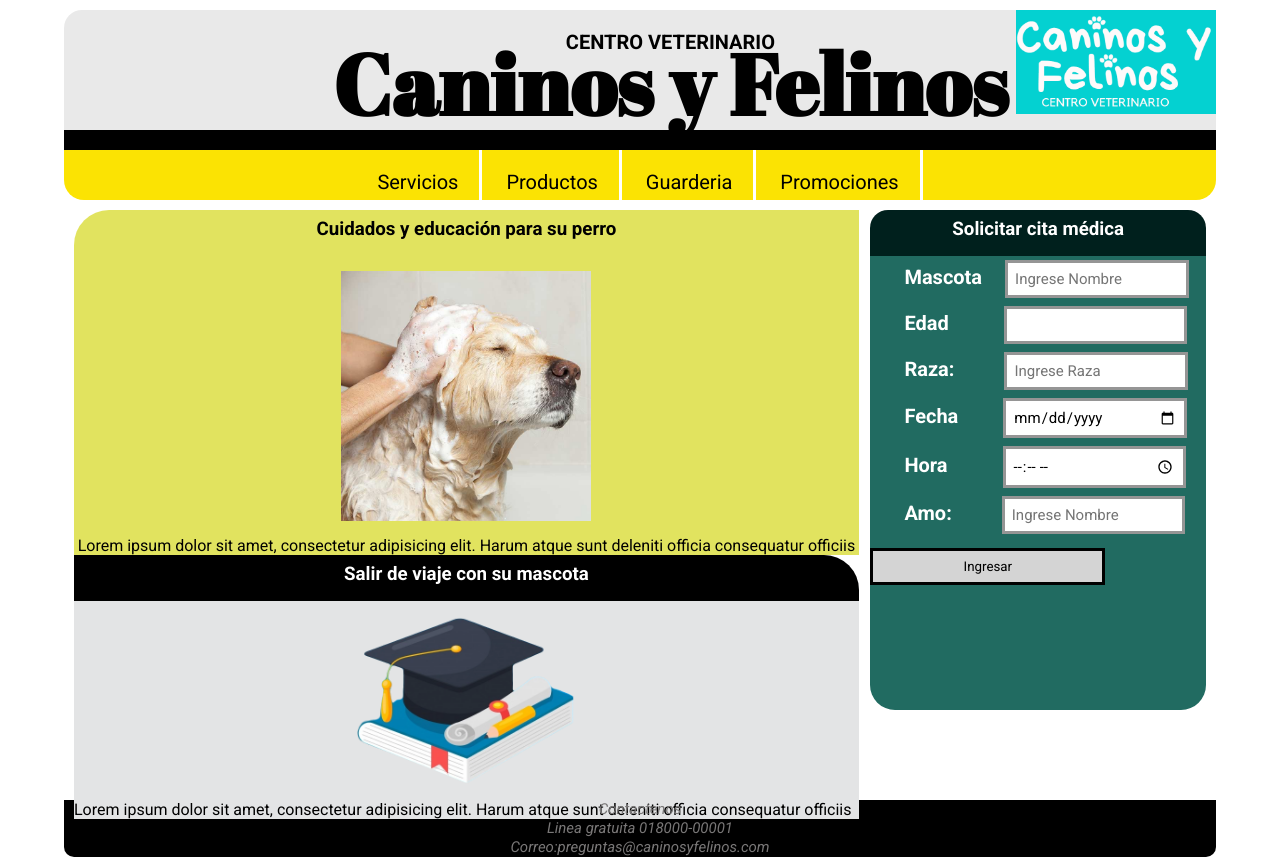
Repository: NickArregoces/Veterinaria
Page: Index.html
The author's editor kept a copy of each file at every save. The page is drawn from the files as they stood at one save, then again after the next save.
The browser window is 1280 px wide. The pictures show the whole page.

Above is the page before, as saved 2021-10-05 16:49:39.

### Index.html
<!DOCTYPE html>
<html lang="en">
<head>
    <meta charset="UTF-8">
    <meta http-equiv="X-UA-Compatible" content="IE=edge">
    <meta name="viewport" content="width=device-width, initial-scale=1.0">
    <title>Canicos y felinos</title>
    <link rel="stylesheet" href="/CSS/Style.css">
    <link href="https://fonts.googleapis.com/css2?family=Roboto:ital,wght@0,100;0,300;0,400;0,500;0,700;0,900;1,100;1,300;1,400;1,500;1,700;1,900&display=swap" rel="stylesheet">
    <link rel="preconnect" href="https://fonts.googleapis.com">
    <link rel="preconnect" href="https://fonts.gstatic.com" crossorigin>
    <link href="https://fonts.googleapis.com/css2?family=Abril+Fatface&display=swap" rel="stylesheet">

</head>
<body>
    <div id="head">
        <header>
            <div class="image">
                <img src="/Images/logo.png" alt="logo">
            </div>
            <div class="title" >
                <h3>CENTRO VETERINARIO</h3>
                <h1>Caninos y Felinos</h1>
            </div>

        </header>

        <nav class="barra"></nav>

        <div class="navegador">
            <ul class="menu">
                <li><a href="#">Servicios</a></li>
                <li><a href="#">Productos</a></li>
                <li><a href="#">Guarderia</a></li>
                <li><a href="#">Promociones</a></li>
            </ul>
        </div>

    </div>
        <div id="Contenido">
            <div class="section">

                <form action="" class="cita">
                    <h3 style="color: rgb(255, 255, 255);">Solicitar cita médica</h3>
                        <div class="Mascota">
                            <h4>Mascota<input type="text" placeholder="Ingrese Nombre" required></h4>
                        </div>

                        <div class="Edad">
                            <h4>Edad<input type="number" required></h4>
                        </div>

                        <div class="Raza">
                            <h4>Raza:<input type="text" placeholder="Ingrese Raza" required></h4>
                        </div>
                        <div class="Fecha">
                            <h4>Fecha<input type="date" placeholder="" required></h4>
                        </div>

                        <div class="Hora">
                            <h4>Hora<input type="time" required></h4>
                        </div>

                        <div class="Amo">
                            <h4>Amo:<input type="text" placeholder="Ingrese Nombre" required></h4>
                        </div>

                    <div class="center">
                        <button class="sumbit"> Ingresar </button>
                    </div>

                </form>
            </div>

            <div id="Cuadros">
                <aside>
                    <div class="solicita">
                        <h3 style="color: rgb(0, 0, 0);">Cuidados y educación para su perro</h3>

                        <div id="Prueba">
                        <img id="Prubea" src="/Images/credit.png" alt="">
                        </div>

                        <p>Lorem ipsum dolor sit amet, consectetur adipisicing elit.
                            Harum atque sunt deleniti officia consequatur officiis</p>
                    </div>

                    <div class="ahorro">
                        <h3 style="color: rgb(255, 255, 255);">Salir de viaje con su mascota</h3>

                        <div id="Prueba">
                        <img id="Prubea" src="/Images/Captura de pantalla 2021-10-04 181948.png" alt="">
                        </div>

                        <p>Lorem ipsum dolor sit amet, consectetur adipisicing elit.
                            Harum atque sunt deleniti officia consequatur officiis</p>
                    </div>
                </aside>
            </div>

            <div>
                <footer>
                        <p>Contactenos</p>
                        <p>Linea gratuita 018000-00001</p>
                        <p>Correo:preguntas@caninosyfelinos.com</p>
                </footer>
            </div>
        </div>

</body>
</html>

### CSS/Style.css

*{
    margin: 0 auto;
    padding: 0px;
    list-style:none;
    font-family: 'Roboto', sans-serif;
}
body{
    font-family: Arial, Helvetica, sans-serif;
    background: rgb(255, 255, 255);
    width: 90%;
    color: rgb(0, 0, 0);
}
header{
    width: 100%;
    margin-top: 10px;
    background:rgb(233, 233, 233);
    border-top-left-radius:  18px;
    border-top-right-radius:  18px;
    height: 120px;
}
    img{
        float: right;
        width: 200px;
    }
    .title{
        float: right;
        width: 60%;
        margin-top: 20px;
    }
    header h1{
        font-family: 'Abril Fatface', cursive;
        font-size: 85px;
        text-align: center;
        line-height: 60px;
        display: block;
        color: black;
    }
    header h3{
        font-size: 20px;
        text-align: center;
    }

nav.barra{
    background: rgb(0, 0, 0);
    height: 20px;
}
div.navegador{
    text-align: center;
}
    ul.menu{
        border-bottom-left-radius: 20px 20px;
        border-bottom-right-radius: 20px 20px;
        background: rgb(251, 227, 3);
        height: 50px;
        list-style: none;
        padding: 0;
        max-width: 10000px;
    }
    .menu li a{
        height: 10px;
        font-size: 20px;
        margin-right: 1px;
        text-decoration: none;
        color:black;
        padding: 20px;
        display: inline-block;
    }
    .menu li {
        border-right: solid white;
        display: inline-block;
        }
    .menu li a:hover{
        background: #242323b6;
        color: white;
        }

.section{
    width: 30%;
    float: right;
}
    /*Formulario Login*/
    form{
        background: rgb(33, 107, 97);
        border-radius: 25px;
        margin-top: 10px;
        margin-right:10px;
        margin-bottom: 10px;
        height: 500px;
    }
        form h3{
            text-align: center;
            background: rgb(0, 32, 29);
            height: 30px;
            padding: 8px;
            border-top-left-radius: 18px;
            border-top-right-radius: 18px;
        }
        form h4{
            font-size: 20px;
            padding: 4px;
            margin-left: 30px;
            color: rgb(255, 255, 255);

        }
        form input{
            font-size: 15px;
            width: 55%;
            padding: 7px;
            display: inline;
            border: solid rgb(149, 149, 149);
            margin-left: 10px;
        }
        div.Mascota input {
            margin-left: 23px;
        }
        div.Edad input {
            margin-left: 55px;
        }
        div.Raza input {
            margin-left: 50px;
        }
        div.Fecha input {
            margin-left: 45px;
        }
        div.Hora input {
            margin-left: 55px;
        }
        div.Amo input {
            margin-left: 50px;
        }
        div.button{
            margin-top: 10px;
            margin: auto;
            text-align: center;
            width: 50%;
            cursor: pointer;
        }
        button{
            margin-top: 10px;
            width: 70%;
            padding: 8px;
            background: rgb(212, 212, 212);
            border: solid black;
            cursor: pointer;
        }
        button:hover{
            background: #000000b6;
            color: rgb(255, 255, 255);
        }
aside{
    width: 69%;
    height: 580px;
    margin-top: 10px;
    float: left;
    margin-bottom: 10px;
}
    div.solicita{
        border-top-left-radius: 35px;
        margin-left: 10px;
        background: rgba(216, 219, 45, 0.76);
        text-align:center;
        overflow:hidden;
    }
    /*Centrado Imagenes aside*/
    #Prueba{
        display: flex;
        align-items: center;
        justify-content: center;
    }
        div.solicita img {
            width: 250px;
            margin-top: 15px;
            margin-bottom: 15px;
        }
        /*Efecto Imagenes aside*/
        div img:hover{
            -webkit-transform:scale(1.1);
            transform:scale(1.1);
        }
        div.solicita h3{
            height: 30px;
            padding: 8px;
            border-top-left-radius: 35px;
        }
        div.solicita p{
            display: inline-block;
            text-align: center;
        }

    div.ahorro {
        border-top-right-radius: 35px;
        margin-left: 10px;
        background: #e3e4e5;
     }
        div.ahorro img {
            width: 220px;
            margin-top: 15px;
            margin-bottom: 15px;
        }
        div.ahorro h3{
            text-align: center;
            background: black;
            height: 30px;
            padding: 8px;
            border-top-right-radius: 35px;
        }
        div.ahorro p{
            display: inline-block;
            text-align: center;
        }

footer{
    background: black;
    clear: both;
    border-bottom-left-radius: 10px;
    border-bottom-right-radius: 10px;
}
    footer p{
        font-size: 15px;
        text-align: center;
        line-height: 15px;
        color: rgb(121, 119, 119);
        font-style:italic;
        padding: 2px;
    }

After the next save:
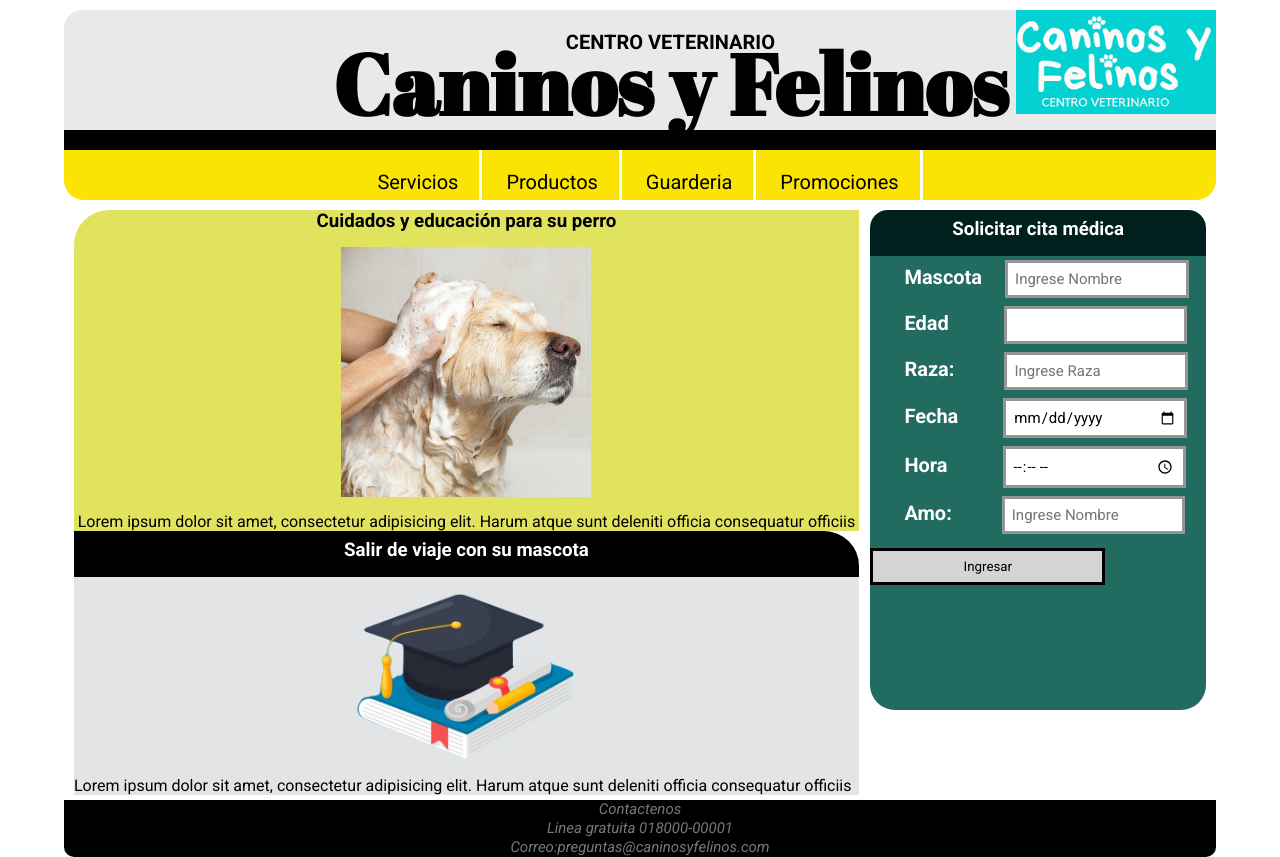
Saved 11 s later.
--- a/CSS/Style.css
+++ b/CSS/Style.css
@@ -178,7 +178,7 @@ aside{
             -webkit-transform:scale(1.1);
             transform:scale(1.1);
         }
-        div.solicita h3{
+        div.solicita h2{
             height: 30px;
             padding: 8px;
             border-top-left-radius: 35px;

After the save that followed:
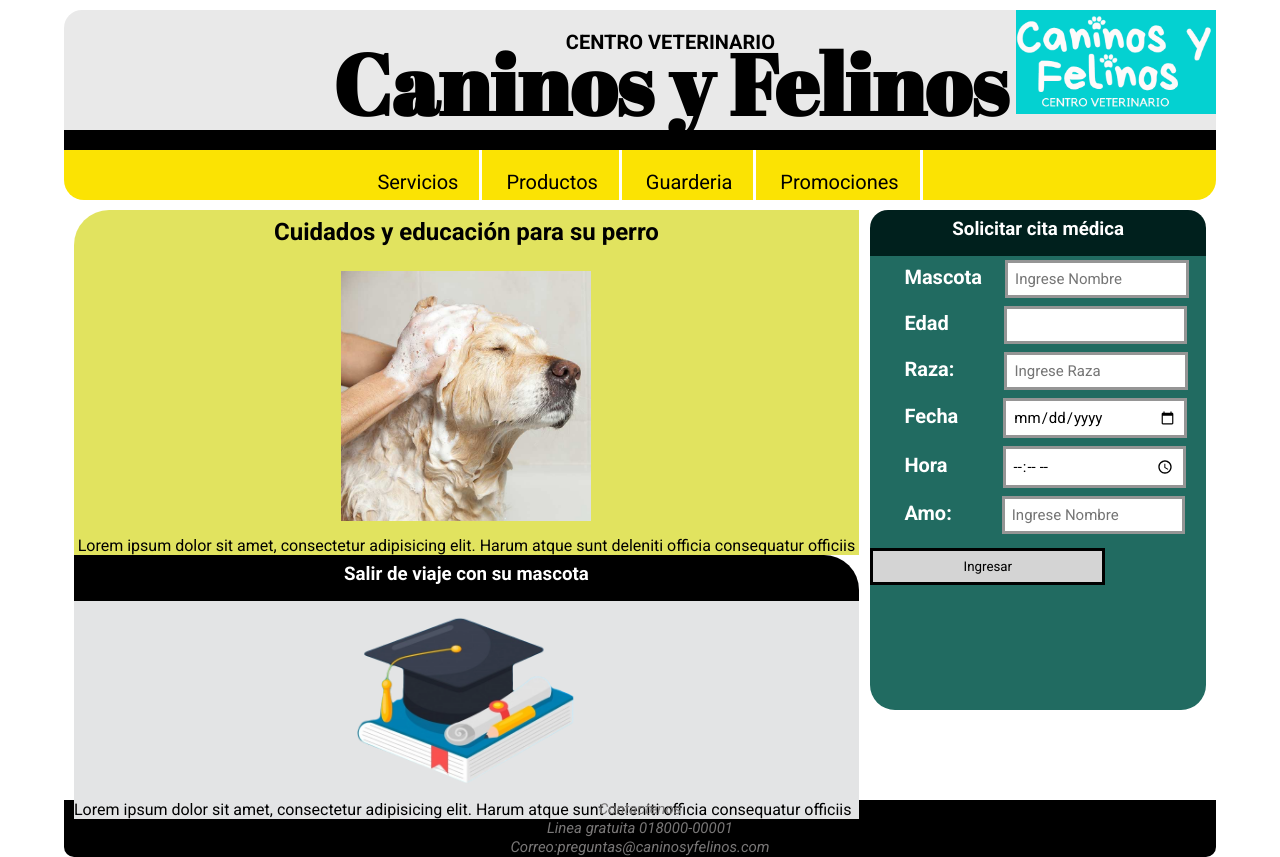
Saved 2 s later.
--- a/Index.html
+++ b/Index.html
@@ -75,7 +75,7 @@
             <div id="Cuadros">
                 <aside>
                     <div class="solicita">
-                        <h3 style="color: rgb(0, 0, 0);">Cuidados y educación para su perro</h3>
+                        <h2 style="color: rgb(0, 0, 0);">Cuidados y educación para su perro</h3>
 
                         <div id="Prueba">
                         <img id="Prubea" src="/Images/credit.png" alt="">
